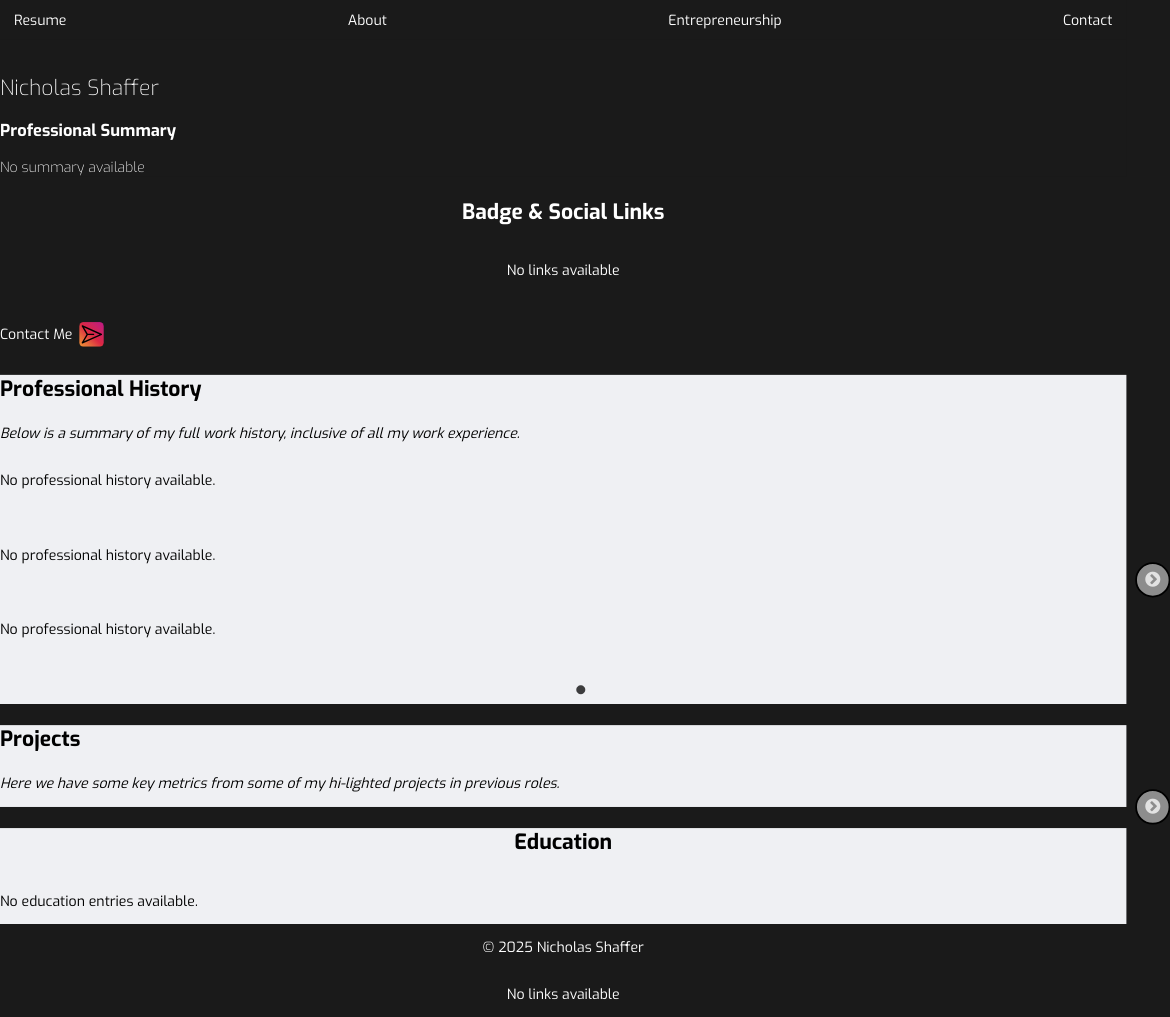
Repository: ShafferNick/nicholas_portfolio
Page: /
An editor plug-in stored every save of this project. The page is shown before and after the next save, followed by the edit.
The browser window is 1280 px wide. The page is 1330 px wide, so the pictures cover 1330 px, including what lies to the right of the window. The pictures show the whole page, at 88% of full size.
The page's requests for data from a server got no answer. The project was rebuilt for these pictures with package versions that can differ from the ones it lists, and the page was loaded fresh each time. The framework's server and built-in components were replaced by stand-ins that run in the browser. No one was signed in, and anything a server would have sent is missing. Also part of the build but not shown: next.config.ts, src/app/components/Contact.tsx.

Above is the page before, as saved 2025-03-19 14:55:22.

### src/app/layout.tsx
import './globals.css';
import type { Metadata } from 'next';

export const metadata: Metadata = {
  title: 'Create Next App',
  description: 'Generated by create next app',
};

export default function RootLayout({
  children,
}: {
  children: React.ReactNode;
}) {
  return (
    <html lang="en">
      <body>{children}</body>
    </html>
  );
}

### src/app/globals.css
@import url('https://fonts.googleapis.com/css2?family=Exo:wght@200;400;700&display=swap');
@import 'slick-carousel/slick/slick.css';
@import 'slick-carousel/slick/slick-theme.css';

@tailwind base;
@tailwind components;
@tailwind utilities;

body {
  font-family: 'Exo', sans-serif;
  background: #1A1A1A;
  color: #FFFFFF;
  margin: 0;
  padding: 0;
  scroll-behavior: smooth;
  overflow-x: hidden;
}

h1 {
  font-weight: 700;
}

h2 {
  font-weight: 550;
}

h3 {
  font-weight: 400;
}

a {
  color: inherit;
  text-decoration: none;
  font-family: 'Exo';
}

/* Hero Section */
.hero-custom-black {
  background-color: #1A1A1A;
  padding-top: 4rem;
  /* Push the Hero section down to avoid navbar overlap (navbar height ~4rem) */
}

.animate-slide-in {
  animation: slideIn 1s ease-out;
}

@keyframes slideIn {
  from {
    transform: translateY(20px);
    opacity: 0;
  }

  to {
    transform: translateY(0);
    opacity: 1;
  }
}

/* Desktop Menu Styling */
@media (min-width: 768px) {
  .desktop-menu {
    display: flex !important;
    justify-content: space-between !important;
    width: 100% !important;
  }

  .mobile-menu-toggle {
    display: none !important;
  }

  .nav-link {
    margin: 0.5rem 1rem;
    padding: 0.25rem 0;
    transition: color 0.3s ease-in-out;
  }

  .nav-link:hover {
    color: #d1d5db;
    text-decoration: underline;
    text-decoration-thickness: 2px;
  }
}

/* Mobile Menu Styling */
@media (max-width: 767px) {
  nav .desktop-menu {
    display: none !important;
  }

  .mobile-menu-toggle {
    display: block !important;
    position: fixed !important;
    top: 1rem !important;
    right: clamp(2rem, 5vw, 3rem) !important;
    z-index: 1000 !important;
    padding: 0.5rem !important;
  }

  .mobile-menu-toggle span {
    background-color: #ffffff !important;
    width: 32px !important;
    height: 4px !important;
    margin-bottom: 6px !important;
    border-radius: 2px !important;
    display: block !important;
  }

  .mobile-menu {
    display: flex !important;
    flex-direction: column !important;
    align-items: center !important;
    position: fixed !important;
    top: 0 !important;
    right: 0 !important;
    width: 50vw !important;
    height: 100vh !important;
    background-color: #000000 !important;
    padding: 1rem !important;
    transform: translateX(100%) !important;
    z-index: 50 !important;
  }

  .mobile-menu.active {
    transform: translateX(0) !important;
  }

  .mobile-menu .close-button {
    position: absolute !important;
    top: 1rem !important;
    right: clamp(2rem, 5vw, 3rem) !important;
    z-index: 1001 !important;
  }

  .mobile-menu a {
    color: #ffffff !important;
    font-size: 1.25rem !important;
    padding: 1rem 0 !important;
    width: 100% !important;
    text-align: center !important;
    transition: color 0.3s ease-in-out !important;
  }

  .mobile-menu a:hover,
  .mobile-menu a.active-link {
    color: #ff0000 !important;
    text-decoration: underline !important;
    font-weight: bold !important;
  }

  .mobile-menu .flex-col {
    gap: 2rem !important;
  }
}

/* Ensure all text elements within <main> have left and right padding */
main h1,
main h2,
main h3,
main p,
main ul,
main li,
main span,
main div.contact-me {
  padding-left: 1.5rem !important;
  padding-right: 1rem !important;
}

@media (min-width: 768px) {

  main h1,
  main h2,
  main h3,
  main p,
  main ul,
  main li,
  main span,
  main div.contact-me {
    padding-left: 2rem !important;
    padding-right: 1.5rem !important;
  }
}

/* Header Spacing for All Sections */
.hero-custom-black h2,
.badge-social-section h2,
.professional-history-section h2,
.projects-section h2,
.education-section h2 {
  margin-top: 1.5rem !important;
  /* 24px */
  margin-bottom: 1.5rem !important;
  /* 24px */
}

/* Professional History Section */
.professional-history-section {
  color: #000000 !important;
  width: 100vw !important;
  margin: 0 !important;
  padding: 0 !important;
}

.professional-history-section * {
  color: #000000 !important;
}

/* Ensure job title is bold */
.professional-history-section h3 {
  font-weight: 700 !important;
}

/* Style react-slick arrows and dots */
.professional-history-section .slick-prev,
.professional-history-section .slick-next {
  width: 40px;
  height: 40px;
  background: rgba(255, 255, 255, 0.5);
  border: 2px solid #000000;
  border-radius: 50%;
  z-index: 10;
  transition: background 0.3s ease, color 0.3s ease;
}

.professional-history-section .slick-prev:hover,
.professional-history-section .slick-next:hover {
  background: #ffffff;
  color: #000000;
}

.professional-history-section .slick-prev {
  left: -50px;
}

.professional-history-section .slick-next {
  right: -50px;
}

.professional-history-section .slick-dots {
  bottom: 5px;
  text-align: center;
  position: relative;
}

.professional-history-section .slick-dots li {
  display: inline-block;
  margin: 0 5px;
}

.professional-history-section .slick-dots li button:before {
  font-size: 12px;
  color: #000000;
}

.professional-history-section .slick-dots li.slick-active button:before {
  color: #000000;
}

/* Add spacing between bullet points in Professional History */
.professional-history-section ul {
  list-style-type: disc;
  padding-left: 20px;
}

.professional-history-section ul li {
  display: block;
  margin-bottom: 8px;
}

/* Badge & Social Links Section */
.badge-social-section {
  margin: 0 !important;
  padding: 0 !important;
  margin-bottom: 2rem !important;
}

.badge-social-header {
  text-align: left;
  font-size: 1.5rem;
  margin-bottom: 0.5rem;
}

.badge-social-section section {
  margin-bottom: 0 !important;
}

.badge-social-section .flex {
  justify-content: space-around !important;
  gap: 1rem !important;
}

/* Contact Me Section */
.contact-section {
  margin: 0 !important;
  padding: 0 !important;
  margin-bottom: 2rem !important;
}

.contact-me {
  display: flex;
  align-items: center;
  gap: 0.5rem;
}

.contact-icon {
  width: 24px;
  height: 24px;
  transition: transform 0.3s ease-in-out;
  background: linear-gradient(45deg, #f09433, #e6683c, #dc2743, #cc2366, #bc1888);
  border-radius: 5px;
  padding: 2px;
}

.contact-icon:hover {
  transform: scale(1.2);
}

/* Adjustments for Professional History Section Spacing */
.professional-history-section p.italic {
  margin-bottom: 1rem !important;
}

/* Ensure card content adjusts on smaller screens */
.professional-history-section .slick-slide {
  padding-bottom: 2rem;
}

.professional-history-section .slick-slide .flex-col {
  min-height: 0 !important;
  display: flex;
  flex-direction: column;
}

.professional-history-section .slick-slide img {
  max-width: 100 !important;
  height: auto !important;
}

@media (max-width: 767px) {
  .professional-history-section .slick-slide .p-6 {
    padding: 1rem !important;
  }

  .professional-history-section .slick-slide img {
    max-height: 80px !important;
    width: auto !important;
  }

  .professional-history-section .slick-prev,
  .professional-history-section .slick-next {
    display: none !important;
  }
}

/* Projects Section */
.projects-section {
  color: #000000 !important;
  width: 100vw !important;
  margin: 0 !important;
  padding: 0 !important;
}

.projects-section * {
  color: #000000 !important;
}

/* Ensure project title is bold */
.projects-section h3 {
  font-weight: 700 !important;
}

/* Style react-slick arrows and dots for projects */
.projects-section .slick-prev,
.projects-section .slick-next {
  width: 40px;
  height: 40px;
  background: rgba(255, 255, 255, 0.5);
  border: 2px solid #000000;
  border-radius: 50%;
  z-index: 10;
  transition: background 0.3s ease, color 0.3s ease;
}

.projects-section .slick-prev:hover,
.projects-section .slick-next:hover {
  background: #ffffff;
  color: #000000;
}

.projects-section .slick-prev {
  left: -50px;
}

.projects-section .slick-next {
  right: -50px;
}

.projects-section .slick-dots {
  bottom: 20px;
  text-align: center;
  position: relative;
}

.projects-section .slick-dots li {
  display: inline-block;
  margin: 0 5px;
}

.projects-section .slick-dots li button:before {
  font-size: 12px;
  color: #000000;
}

.projects-section .slick-dots li.slick-active button:before {
  color: #000000;
}

/* Add spacing between bullet points in Projects */
.projects-section ul {
  list-style-type: disc;
  padding-left: 20px;
}

.projects-section ul li {
  display: block;
  margin-bottom: 8px;
}

/* Footer Section */
footer .flex.justify-around {
  display: flex;
  justify-content: space-around;
  align-items: center;
  flex-wrap: wrap;
  gap: 1rem;
  max-width: 1024px;
  margin: 0 auto;
  padding: 0 1rem;
}

footer a {
  padding: 0.5rem;
  transition: transform 0.3s ease-in-out;
}

footer a:hover {
  transform: scale(1.1);
}

footer .flex.justify-around>a {
  flex: 0 0 auto;
}

/* Education Section */
.education-section {
  color: #000000 !important;
  width: 100vw !important;
  margin: 0 !important;
  padding: 0 !important;
}

.education-section * {
  color: #000000 !important;
}

/* Ensure institution title is bold */
.education-section h3 {
  font-weight: 700 !important;
}

/* Add spacing between bullet points in Education */
.education-section ul {
  list-style-type: disc;
  padding-left: 20px;
}

.education-section ul li {
  display: block;
  margin-bottom: 8px;
}

/* Ensure card content adjusts on smaller screens */
.education-section .flex-col {
  min-height: 0 !important;
  display: flex;
  flex-direction: column;
}

/* Responsive adjustments for smaller screens */
@media (max-width: 767px) {
  .education-section .p-6 {
    padding: 1rem !important;
  }

  .education-section .grid {
    grid-template-columns: 1fr !important;
  }
}

/* Ensure side-by-side layout on larger screens */
@media (min-width: 768px) {
  .education-section .grid {
    grid-template-columns: repeat(2, 1fr) !important;
  }
}

### src/app/sanityClient.ts
import { createClient } from '@sanity/client';

console.log('Project ID:', process.env.NEXT_PUBLIC_SANITY_PROJECT_ID);
console.log('Dataset:', process.env.NEXT_PUBLIC_SANITY_DATASET);

if (!process.env.NEXT_PUBLIC_SANITY_PROJECT_ID) {
  throw new Error('NEXT_PUBLIC_SANITY_PROJECT_ID is not set. Check .env.local or Vercel env variables.');
}

export const client = createClient({
  projectId: process.env.NEXT_PUBLIC_SANITY_PROJECT_ID,
  dataset: process.env.NEXT_PUBLIC_SANITY_DATASET || 'production',
  apiVersion: '2023-05-03', // Fixed to a valid version
  useCdn: true,
});

### src/app/components/ContactWrapper.tsx
'use client';
import React, { useState } from 'react';
import NavbarClient from './NavbarClient';
import ContactMe from './ContactMe';
import Contact from './Contact';
import Hero from './Hero';
import Links from './Links';
import ProfessionalHistory from './ProfessionalHistory';
import Projects from './Projects';
import Education from './Education';
import FooterClient from './FooterClient';

type ContactWrapperProps = {
  profileSummary: string;
  links: any[];
  jobs: any[];
  projects: any[];
  education: any[];
};

export default function ContactWrapper({
  profileSummary,
  links,
  jobs,
  projects,
  education,
}: ContactWrapperProps) {
  const [isFormOpen, setIsFormOpen] = useState(false);

  const openForm = () => {
    console.log('Opening form');
    setIsFormOpen(true);
  };

  const closeForm = () => {
    console.log('Closing form');
    setIsFormOpen(false);
  };

  console.log('isFormOpen state:', isFormOpen);

  return (
    <>
      <NavbarClient onContactClick={openForm} />
      <Hero summary={profileSummary} />
      <Links links={links} />
      <ContactMe onContactClick={openForm} />
      <ProfessionalHistory jobs={jobs} />
      <Projects projects={projects} />
      <Education education={education} />
      <FooterClient links={links} />
      {isFormOpen && (
        <div className="fixed inset-0 z-50 flex items-center justify-center bg-black bg-opacity-70">
          <div className="relative bg-white p-6 rounded-lg shadow-lg w-full max-w-md mx-4">
            <Contact onClose={closeForm} />
          </div>
        </div>
      )}
    </>
  );
}

### src/app/components/ContactMe.tsx
'use client';
import React from 'react';
import Image from 'next/image';

type ContactMeProps = {
  onContactClick: () => void;
};

export default function ContactMe({ onContactClick }: ContactMeProps) {
  const handleClick = () => {
    console.log('Contact Me button clicked');
    onContactClick();
  };

  return (
    <section className="contact-section">
      <div className="max-w-4xl mx-auto">
        <div className="contact-me cursor-pointer" onClick={handleClick}>
          <span>Contact Me</span>
          <Image
            src="/paper-plane-svgrepo-com.svg"
            alt="Contact Icon"
            width={24}
            height={24}
            className="contact-icon"
          />
        </div>
      </div>
    </section>
  );
}

### src/app/components/Hero.tsx
import React from 'react';

type HeroProps = {
  summary: string;
};

export default function Hero({ summary }: HeroProps) {
    return (
        <section className="hero-custom-black py-20 md:py-28 text-left animate-slide-in">
            <div className="max-w-4xl mx-auto px-8 md:px-12">
                <h1 className="text-5xl md:text-6xl font-extralight mb-6" style={{ fontWeight: 200 }}>
                    Nicholas Shaffer
                </h1>
                <div className="max-w-2xl mb-8">
                    <h3 className="text-lg md:text-xl font-bold mb-4" style={{ fontWeight: 700 }}>
                        Professional Summary
                    </h3>
                    <p className="text-base md:text-lg leading-relaxed font-extralight" style={{ fontWeight: 200 }}>
                        {summary}
                    </p>
                </div>
            </div>
        </section>
    );
}

### src/app/components/Projects.tsx
'use client';
import React from 'react';
import Slider from 'react-slick';
import Image from 'next/image';
import { urlFor } from '@/app/sanityImageUrl';
import { SanityImageSource } from '@/app/types/sanity-types';

type Project = {
  _id: string;
  title: string;
  timeline: { startDate: string; endDate: string | null };
  summary: string;
  description: string[];
};

type ProjectsProps = {
  projects: Project[];
};

export default function Projects({ projects }: ProjectsProps) {
  const settings = {
    dots: true,
    infinite: true,
    speed: 500,
    slidesToShow: 1,
    slidesToScroll: 1,
    arrows: true,
    responsive: [
      {
        breakpoint: 768,
        settings: {
          slidesToShow: 1,
          slidesToScroll: 1,
          arrows: false,
        },
      },
    ],
  };

  return (
    <section className="projects-section py-16 bg-[#EFF0F3] text-black animate-slide-in w-full">
      <div className="max-w-4xl mx-auto">
              <h2 className="text-5xl md:text-6xl font-bold text-left pt-8 md:pt-12">Projects</h2>
              <p className="text-sm italic">Here we have some key metrics from some of my hi-lighted projects in previous roles.</p>
        <Slider {...settings}>
          {projects.map((project) => (
            <div key={project._id} className="px-2">
              <div className="bg-gray-200 shadow-lg rounded-lg p-6 flex flex-col min-h-[400px] transition-transform duration-300 hover:shadow-xl">
                <div className="flex-1">
                  <h3 className="text-xl md:text-2xl font-medium mb-2">{project.title}</h3>
                  <p className="mb-2 text-sm italic">
                    {project.timeline.startDate} - {project.timeline.endDate || 'Present'}
                  </p>
                  <p className="text-gray-600 mb-4">{project.summary}</p>
                  <ul className="list-disc list-inside text-sm space-y-2 mb-6">
                    {project.description.map((desc, index) => (
                      <li key={index} className="leading-relaxed">
                        {desc}
                      </li>
                    ))}
                  </ul>
                </div>
                <div className="flex justify-center mt-auto">
                  {/* Placeholder for project image - you can add an image field to the schema if desired */}
                  <div className="w-32 h-32 bg-gray-300 rounded-lg"></div>
                </div>
              </div>
            </div>
          ))}
        </Slider>
      </div>
    </section>
  );
}

### src/app/components/Education.tsx
'use client';
import React from 'react';

type EducationEntry = {
  _id: string;
  institution: string;
  major: string;
  gpa: number;
  activities: string[];
  dates: { startDate: string; endDate: string | null };
};

type EducationProps = {
  education: EducationEntry[] | undefined; // Allow undefined
};

export default function Education({ education = [] }: EducationProps) {
  return (
    <section className="education-section py-16 bg-[#EFF0F3] text-black animate-slide-in w-full">
      <div className="max-w-4xl mx-auto">
        <h2 className="text-3xl md:text-4xl font-bold mb-12 text-center">Education</h2>
        <div className="bg-white shadow-lg rounded-lg p-6">
          <div className="grid grid-cols-1 md:grid-cols-2 gap-8">
            {Array.isArray(education) && education.length > 0 ? (
              education.map((entry) => (
                <div key={entry._id} className="flex flex-col">
                  <h3 className="text-xl md:text-2xl font-bold mb-2">{entry.institution}</h3>
                  <p className="mb-2 text-sm italic">
                    {entry.major} | {entry.dates.startDate} - {entry.dates.endDate || 'Present'}
                  </p>
                  <p className="text-sm mb-2">GPA: {entry.gpa}</p>
                  <ul className="list-disc list-inside text-sm space-y-2">
                    {entry.activities.map((activity, index) => (
                      <li key={index} className="leading-relaxed">
                        {activity}
                      </li>
                    ))}
                  </ul>
                </div>
              ))
            ) : (
              <p>No education entries available.</p>
            )}
          </div>
        </div>
      </div>
    </section>
  );
}

### src/app/components/FooterClient.tsx
'use client';
import Links from './Links';

type Link = {
  _id: string;
  title: string;
  url: string;
  icon: string;
};

type FooterClientProps = {
  links?: Link[];
};

export default function FooterClient({ links = [] }: FooterClientProps) {
  console.log('Links in FooterClient:', links); // Debug log
  return (
    <footer className="bg-gray-800 text-white py-6 text-center w-full">
      <div className="flex flex-col items-center gap-4">
        <p>© 2025 Nicholas Shaffer</p>
        <Links links={links} isFooter={true} />
      </div>
    </footer>
  );
}

### src/app/sanityImageUrl.ts
import imageUrlBuilder from '@sanity/image-url';
import { client } from '@/app/sanityClient';
import { SanityImageSource } from '@/app/types/sanity-types'; // Should resolve to src/types/sanity-types.ts

const builder = imageUrlBuilder(client);

export function urlFor(source: SanityImageSource) {
  return builder.image(source);
}

Loaded but not shown: src/app/components/ProfessionalHistory.tsx (105 lines, source omitted); src/app/components/Links.tsx (128 lines, source omitted); src/app/components/NavbarClient.tsx (95 lines, source omitted); src/app/page.tsx (123 lines, source omitted)

After the next save:
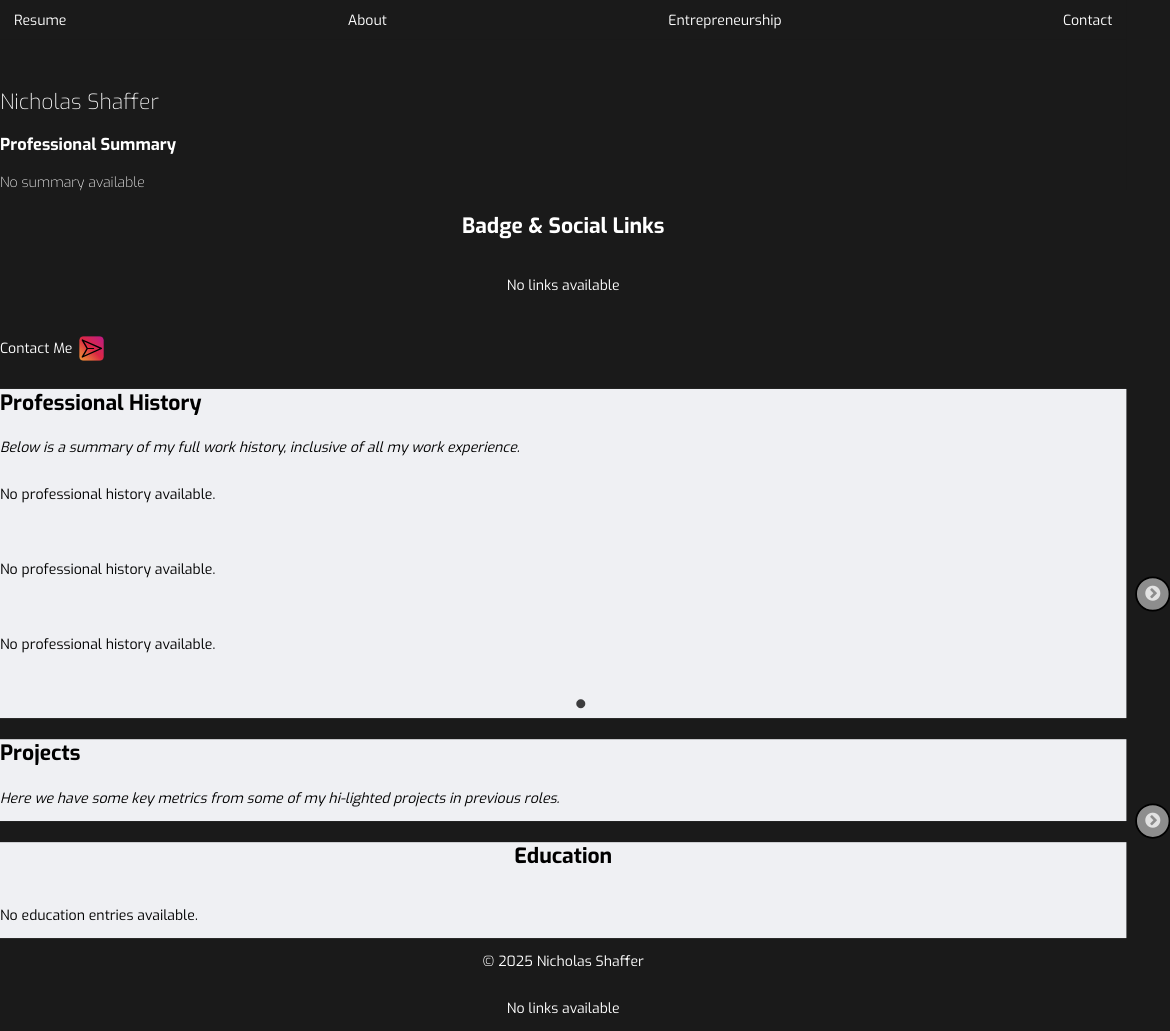
Saved 67 s later.
--- a/src/app/globals.css
+++ b/src/app/globals.css
@@ -37,8 +37,8 @@ a {
 /* Hero Section */
 .hero-custom-black {
   background-color: #1A1A1A;
-  padding-top: 4rem;
-  /* Push the Hero section down to avoid navbar overlap (navbar height ~4rem) */
+  padding-top: 5rem;
+  /* Increased to 5rem (80px) to ensure it clears the navbar */
 }
 
 .animate-slide-in {
@@ -181,12 +181,12 @@ main div.contact-me {
   }
 }
 
-/* Header Spacing for All Sections */
-.hero-custom-black h2,
-.badge-social-section h2,
-.professional-history-section h2,
-.projects-section h2,
-.education-section h2 {
+/* Header Spacing for All Sections with Higher Specificity */
+section.hero-custom-black h2,
+section.badge-social-section h2,
+section.professional-history-section h2,
+section.projects-section h2,
+section.education-section h2 {
   margin-top: 1.5rem !important;
   /* 24px */
   margin-bottom: 1.5rem !important;
